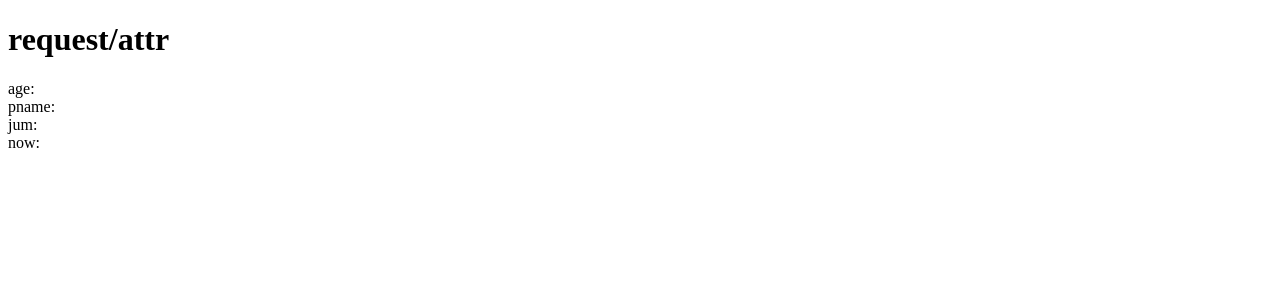
Repository: Yousehyeon/spring_work
Page: stsMvcProj/src/main/webapp/views/req/attReg.html
An editor plug-in stored every save of this project. The page is shown before and after the next save, followed by the edit.
The browser window is 1280 px wide. The pictures show the whole page.

Above is the page before, as saved 2023-08-18 03:16:39.

### stsMvcProj/src/main/webapp/views/req/attReg.html
<!DOCTYPE html>
<html>
<head>
<meta charset="UTF-8">
<title>attr</title>
</head>
<body>
<h1>request/attr</h1>
age:<br/>
pname:<br/>
jum:<br/>
now:<br/>
</body>
</html>

After the next save:
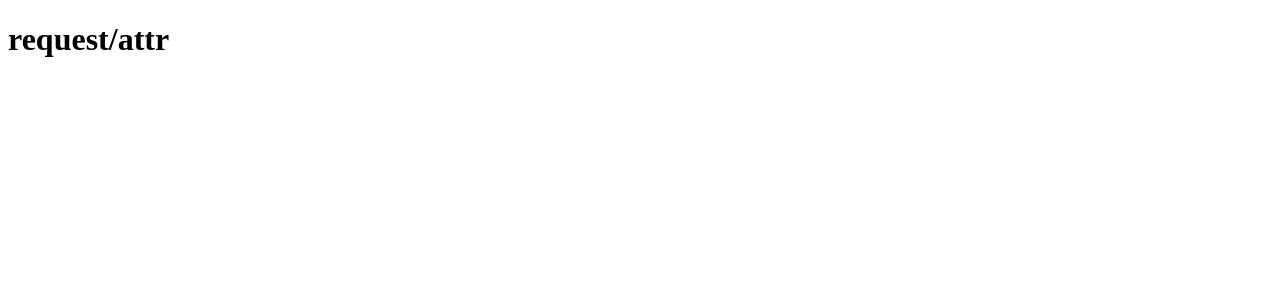
Saved 7 s later.
--- a/stsMvcProj/src/main/webapp/views/req/attReg.html
+++ b/stsMvcProj/src/main/webapp/views/req/attReg.html
@@ -6,9 +6,6 @@
 </head>
 <body>
 <h1>request/attr</h1>
-age:<br/>
-pname:<br/>
-jum:<br/>
-now:<br/>
+
 </body>
 </html>

After the save that followed:
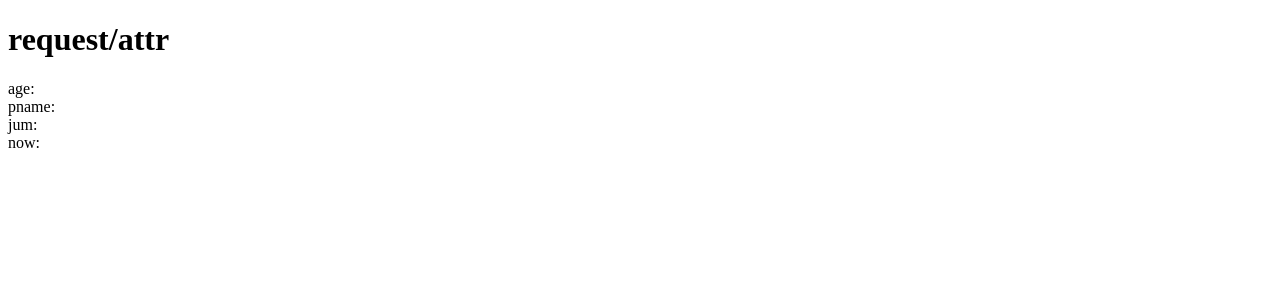
Saved 12 s later.
--- a/stsMvcProj/src/main/webapp/views/req/attReg.html
+++ b/stsMvcProj/src/main/webapp/views/req/attReg.html
@@ -6,6 +6,9 @@
 </head>
 <body>
 <h1>request/attr</h1>
-
+age:<br/>
+pname:<br/>
+jum:<br/>
+now:<br/>
 </body>
 </html>
